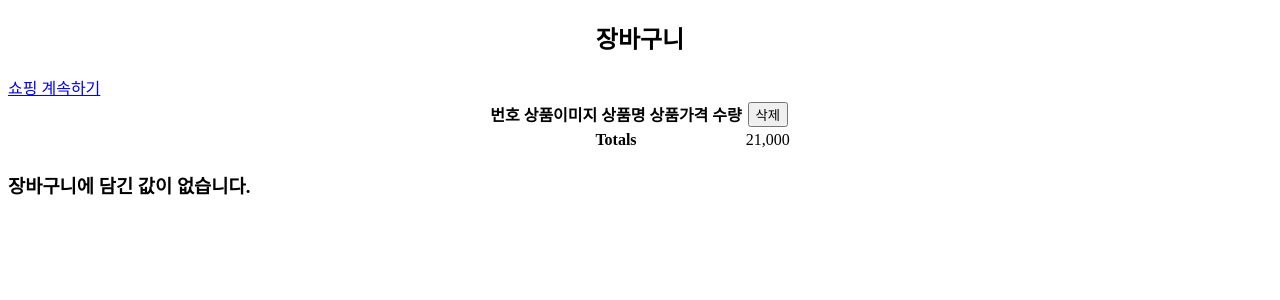
Repository: BaekDoHyeon/Kosta_04_FrontStudy
Page: http://localhost/workshop11_2/cartList.jsp
These files come from the project's save history. The page is drawn as it stood at one moment and after the next save; the edit follows.
The browser window is 1280 px wide. The pictures show the whole page.
The page is served by Tomcat 9.

Above is the page before, as saved 2024-09-06 03:21:33.
Console error: TypeError: Cannot set properties of null (setting 'innerHTML')

After the next save:
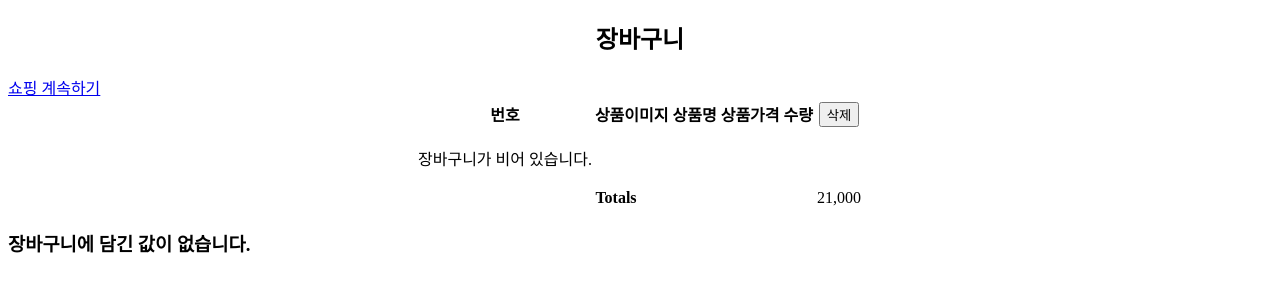
The error is gone.
Saved 31 s later.
--- a/work05_BackEnd/workshop11_2/src/main/webapp/cartList.jsp
+++ b/work05_BackEnd/workshop11_2/src/main/webapp/cartList.jsp
@@ -33,7 +33,7 @@
 		    });
 
 		    // 장바구니 아이템을 표시할 HTML 요소를 선택합니다.
-		    var cartList = document.getElementById('cart-list');
+		    var cartList = document.getElementById('cartList');
 		    // 장바구니 아이템이 없으면 메시지를 표시합니다.
 		    if (allCartItems.length === 0) {
 		        cartList.innerHTML = '<p>장바구니가 비어 있습니다.</p>';
